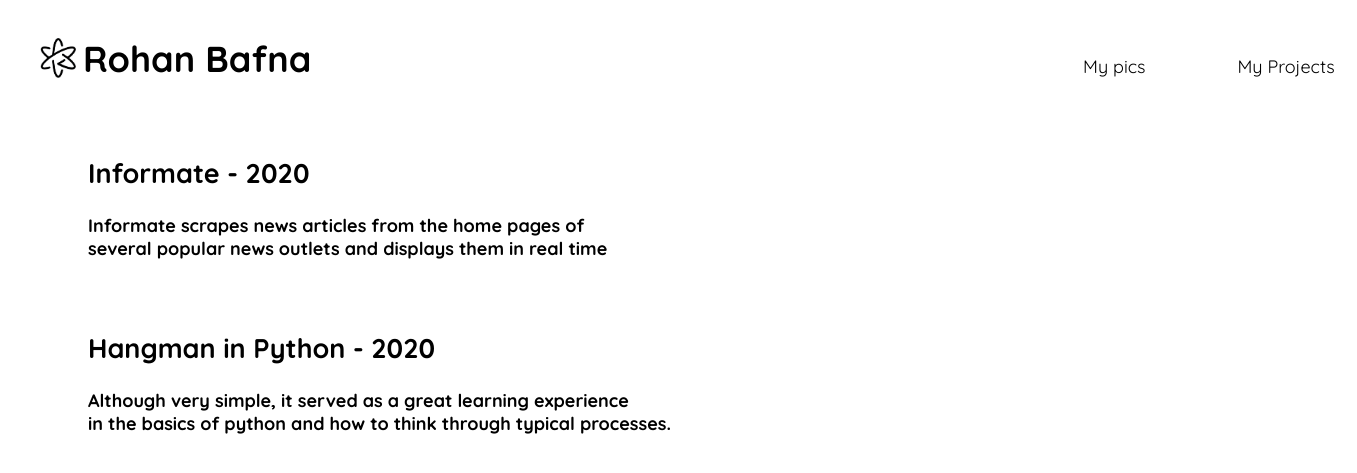
Repository: rbafna6507/rbafna6507.github.io
Page: projects.html
These files come from the project's save history. The page is drawn as it stood at one moment and after the next save; the edit follows.
The browser window is 1280 px wide. The page is 1357 px wide, so the pictures cover 1357 px, including what lies to the right of the window. The pictures show the whole page.

Above is the page before, as saved 2020-12-18 14:28:54.

After the next save:
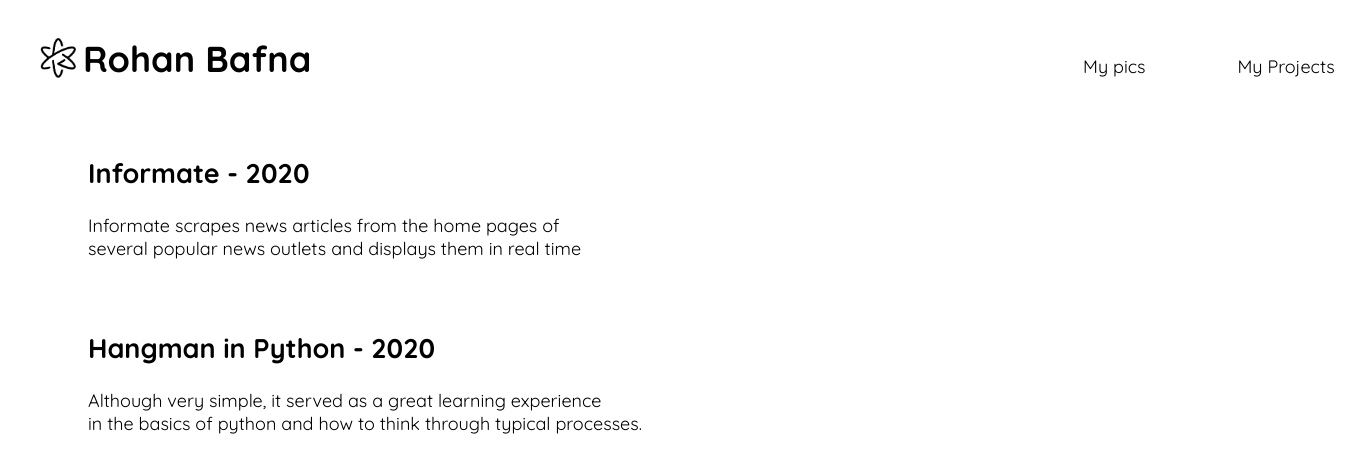
Saved 2 min 10 s later.
--- a/projects.css
+++ b/projects.css
@@ -105,3 +105,7 @@ ul{
     position: relative;
     bottom: 30px;
   }
+
+  h4{
+    font-weight: normal;
+  }
